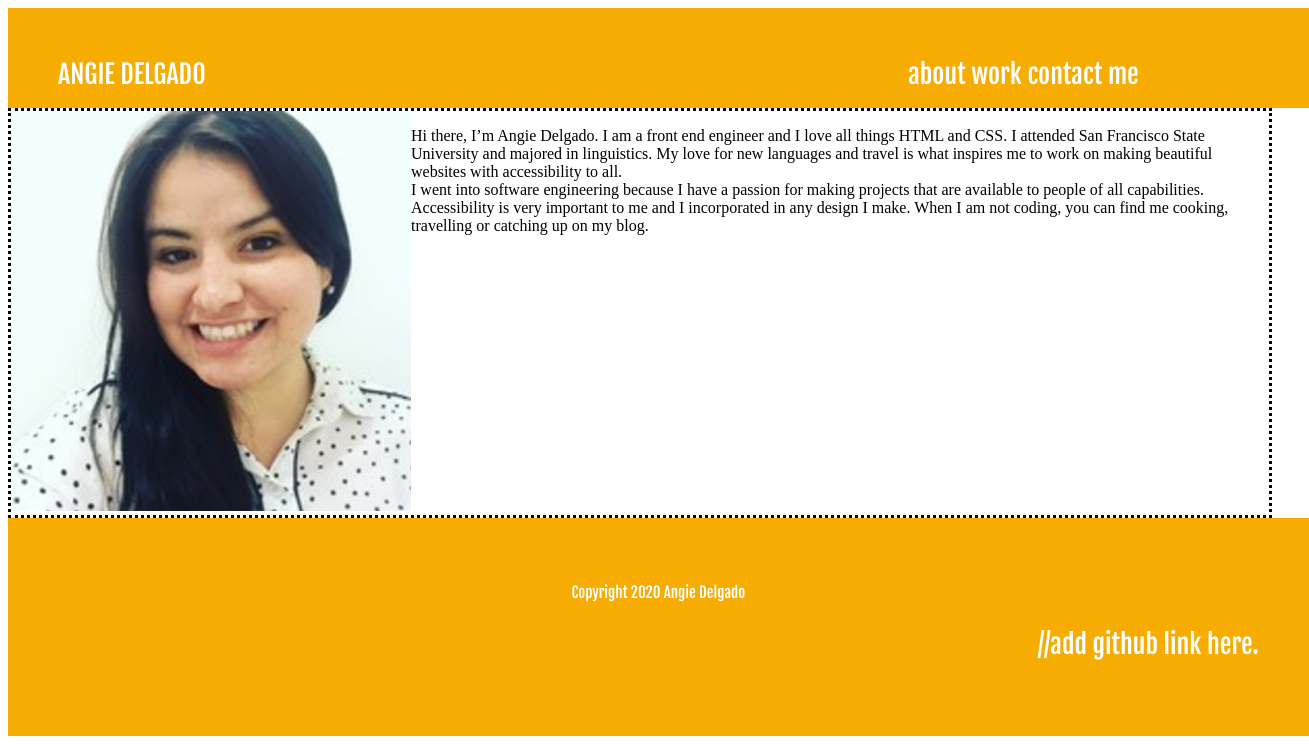
Repository: seleniadelgado/meda-spring2020-angie
Page: projects/portfolio/index.html
The author's editor kept a copy of each file at every save. The page is drawn from the files as they stood at one save, then again after the next save.
The browser window is 1280 px wide. The page is 1309 px wide, so the pictures cover 1309 px, including what lies to the right of the window. The pictures show the whole page.

Above is the page before, as saved 2020-03-02 11:19:48.

### projects/portfolio/index.html
<!DOCTYPE html>
 <html lang="en">
    <head>
        <meta charset="utf-8">
        <meta http-equiv="X-UA-Compatible" content="IE=edge">
        <title>Angie Delgado</title>
        <meta name="description" content="">
        <meta name="viewport" content="width=device-width, initial-scale=1">
        <link rel="stylesheet" href="styles.css">
    </head>
    <body>
    <header>
            <nav>
                <div id="myName">
                    Angie Delgado
                </div>
                <div>
                    <ul id="menu">
                        <li><a href="#">About</a></li>
                        <li><a href="#">Work</a></li>
                        <li><a href="#">Contact me</a></li>
                    </ul>
                </div>
            </nav>
    </header>
    <div class="aboutMe">
        <div class="image">
            <img src="portfoliopic.png" alt="Photo of Angie Delgado looking cute" height="400px" width="400px">
        </div>
        <div>
            <p id="aboutMeParagraph">
                Hi there, I’m Angie Delgado. I am a front end engineer and I love all things HTML and CSS. I attended San Francisco State University and majored in linguistics. My love for new languages and travel is what inspires me to work on making beautiful websites with accessibility to all.
                <br>
                I went into software engineering because I have a passion for making projects that are available to people of all capabilities. Accessibility is very important to me and I incorporated in any design I make. When I am not coding, you can find me cooking, travelling or catching up on my blog.
            </p>
        </div>
    </div>
    <footer>
        <div class="copyright"><p>Copyright 2020 Angie Delgado</p></div>
        <div class="social">
            <p>//add github link here.</p>
        </div>
    </footer>
    </body>
</html>

### projects/portfolio/styles.css
@import url('https://fonts.googleapis.com/css?family=Fjalla+One|Noto+Sans&display=swap');

header, footer {
    width: 95%;
    background-color: #f6ac00;
    margin: 0 auto;
    padding: 50px;
    font-size: 26px;
    font-family: 'Fjalla One', Arial, Helvetica, sans-serif;
    line-height: normal;
    /* font-family: 'Noto Sans', ;*/
}
/* navbar starts*/
#myName {
    float: left;
    color: white;
    text-transform: uppercase;
}
ul {
    display: block;
    list-style-type: none;
    margin: 0;
    padding-right: 10%;
    float: right;
    text-decoration: none;
 }

 li {
    display: inline;
    text-transform: lowercase;
 }
 li a {
    text-decoration: none;
    color: white;
 }
 /*nav styles ends */

/* About me starts */
.aboutMe {
    border: dotted;
    display: flex;
}
.image {
    align-items: flex-start;
}
.aboutMe #aboutMeParagraph {
    align-items: center;
}
/* about me ends */


 /* Footer style starts */
 footer {
    color: white;
    text-shadow: black;
 }
 .copyright {
    text-align: center;
    font-size: 15px;
 }
 .social {
    text-align: right;
    margin-bottom: 20px;
 }
/* footer ends */

After the next save:
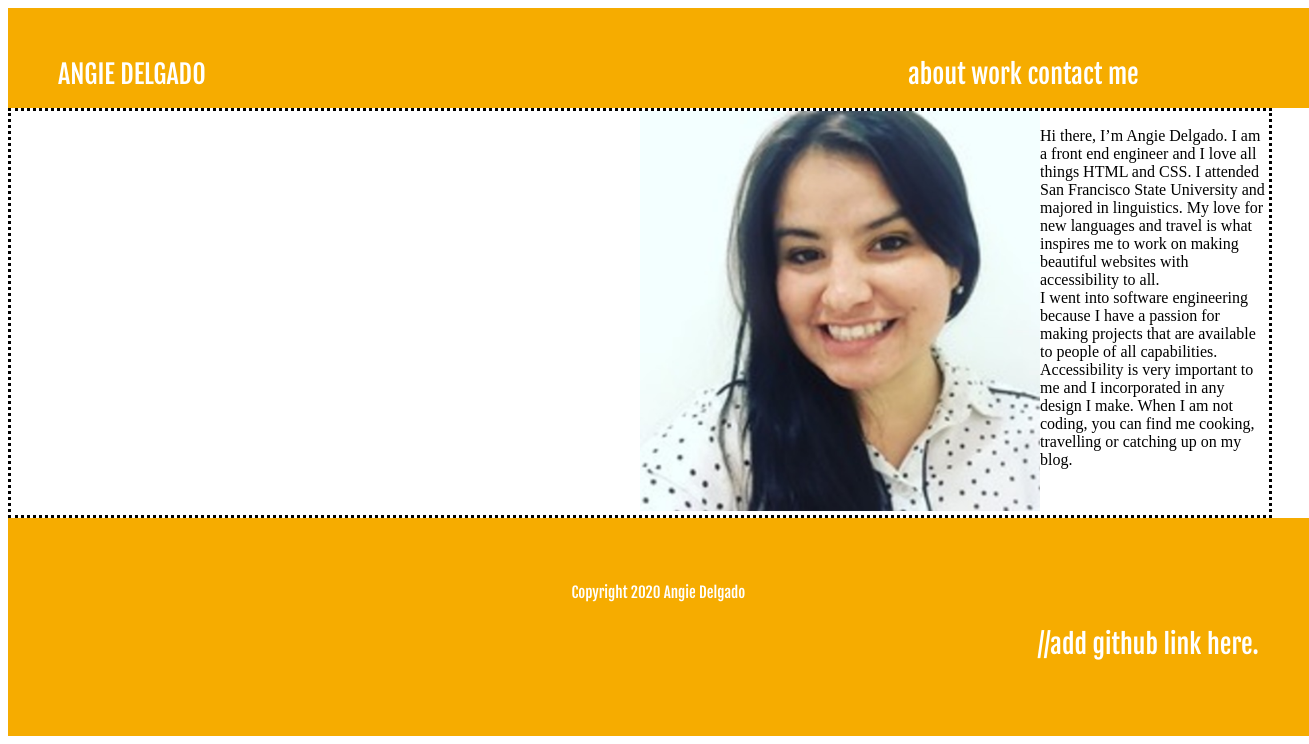
Saved 20 s later.
--- a/projects/portfolio/styles.css
+++ b/projects/portfolio/styles.css
@@ -42,6 +42,7 @@ ul {
 }
 .image {
     align-items: flex-start;
+    margin-left: 50%;
 }
 .aboutMe #aboutMeParagraph {
     align-items: center;
